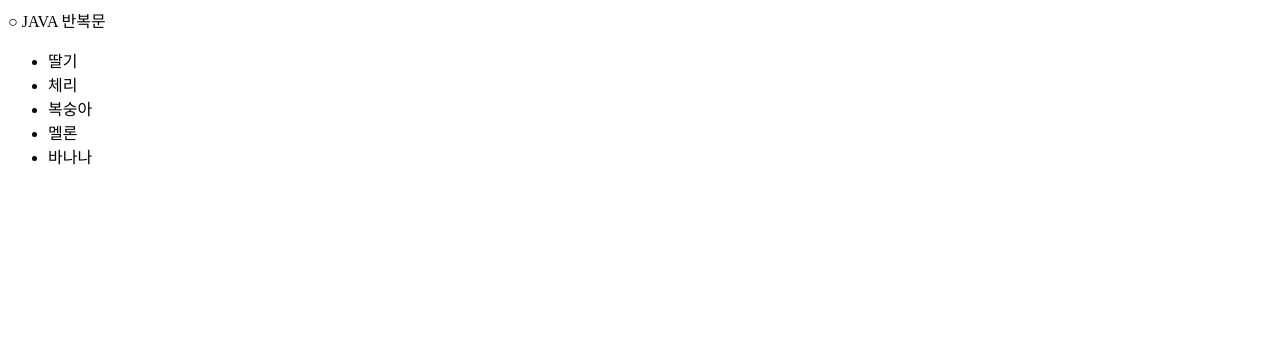
Repository: youngmoon525/Jsp_Servlet
Page: http://localhost/03.JSP/jsp35.jsp
An editor plug-in stored every save of this project. The page is shown before and after the next save, followed by the edit.
The browser window is 1280 px wide. The pictures show the whole page.
The page is served by Tomcat 9.

Above is the page before, as saved 2021-09-09 01:39:03.

After the next save:
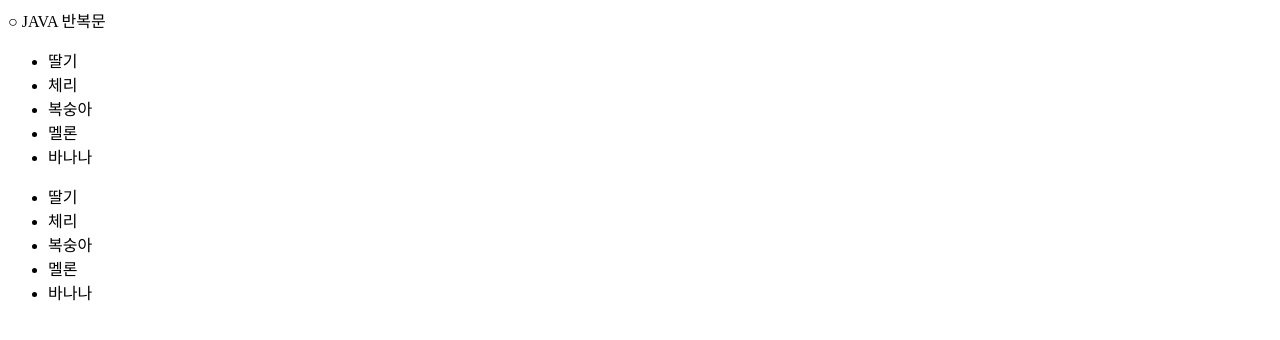
Saved 4 min 7 s later.
--- a/workspace/03.JSP/WebContent/jsp35.jsp
+++ b/workspace/03.JSP/WebContent/jsp35.jsp
@@ -18,5 +18,12 @@
 		}
 	%>
 </ul>
+<ul>
+	<%
+		for(String str : fruit){
+			out.println("<li>" + str + "</li>");
+		}
+	%>
+</ul>
 </body>
 </html>
